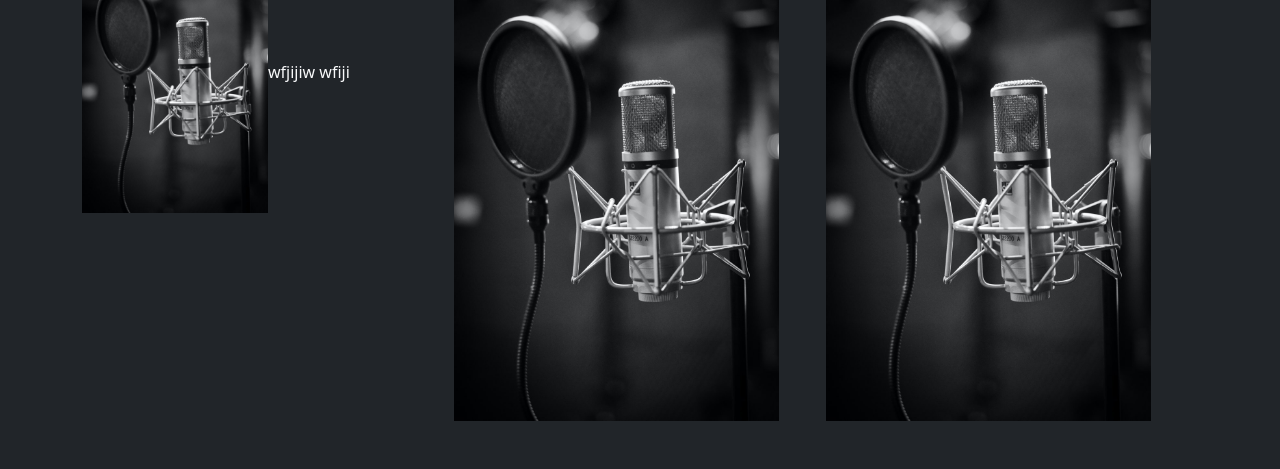
Repository: Eugene44-hub/music-workshop-site
Page: index.html
These files come from the project's save history. The page is drawn as it stood at one moment and after a run of saves; the edit follows.
The browser window is 1280 px wide. The pictures show the part of the page from y = 1393 to 1862 px (the page is 1862 px tall).
A picture or video elsewhere on the page could not be fetched, so the positions and the page height are approximate. Some web libraries are served in a nearby version.

Above is the page before, as saved 2021-10-24 14:59:17.

### index.html
<!DOCTYPE html>
<html lang="en">

<head>
    <meta charset="UTF-8">
    <meta http-equiv="X-UA-Compatible" content="IE=edge">
    <meta name="viewport" content="width=device-width, initial-scale=1.0">
    <title>Document</title>
    <link rel="stylesheet" href="style.css">
    <!-- CSS only -->
    <link href="https://cdn.jsdelivr.net/npm/bootstrap@5.1.3/dist/css/bootstrap.min.css" rel="stylesheet" integrity="sha384-1BmE4kWBq78iYhFldvKuhfTAU6auU8tT94WrHftjDbrCEXSU1oBoqyl2QvZ6jIW3" crossorigin="anonymous">
    <link rel="stylesheet" href="https://cdn.jsdelivr.net/npm/bootstrap-icons@1.6.1/font/bootstrap-icons.css">
</head>

<body class="bg-dark p-md-5 p-3">
    <!-- registeration starts  -->
    <section id="registration">
        <div class="container">
            <div class="d-lg-flex text-white bg-black align-items-center" id="regImg">
                <div id="regText" class="col-md text-center p-5">
                    <h2 id="musicheader" class="text-uppercase fs-2">
                        music workshop </h2>
                    <p class="text-danger"> free Workshop and classes</p>
                    <p class="text-secondary">Website services that aren't tailored to your users create missed oppurtunities. the structure and flow of your website should be logical and</p>
                    <div class="mt-5">
                        <button class="btn btn-danger mx-2">Register Now</button>
                        <button class="btn text-light mx-2"><i class="bi bi-caret-down-fill"></i> PLAY VIDEO</button>
                    </div>
                </div>
                <div class="col-md"> <img src="images/eminem.jpg" alt="" class="img-fluid"></div>

            </div>
        </div>
    </section>
    <!-- registeration ends  -->

    <!-- whats new starts -->
    <section class="text-light">
        <div class="container">
            <h2 id="new" class='text-center text-light fs-3 my-5'>What's new</h2>
            <div class="d-lg-flex row-sm  align-items-stretch">
                <div class="col-sm-6 col-lg m-auto">
                    <img src="images/microphone.jpg" class="img-fluid" alt="">
                </div>
                <div id="protextContain" class=" mx-sm-auto col-sm-6 col-lg py-5 py-lg-0 position-relative d-flex border-top border-danger ms-lg-3 mt-5 mt-lg-0">
                    <div id="proText" class="my-lg-auto ">
                        <h4 class="lead">
                            PRO SILENT <br> SYMPHONY
                        </h4>
                        <small>june 2021 By unik creative</small>
                        <p class="mt-5">site services that <br> aren't tailored</p>
                    </div>
                </div>
                <div class="col-sm-6 col-lg m-auto">
                    <img src="images/microphone.jpg" class="img-fluid" alt="">
                </div>
                <div id=protextContain class="mx-sm-auto col-sm-6 col-lg py-5 py-lg-0 position-relative d-flex border-top border-danger ms-lg-3 mt-5 mt-lg-0">
                    <div id="proText" class="my-lg-auto ">
                        <h4 class="lead">
                            PRO SILENT <br> SYMPHONY
                        </h4>
                        <small>june 2021 By unik creative</small>
                        <p class="mt-5">site services that <br> aren't tailored</p>
                    </div>

                </div>
                <div class="col-sm-6 col-lg m-auto">
                    <img src="images/microphone.jpg" class="img-fluid" alt="">
                </div>

                <div id=protextContain class="mx-sm-auto col-sm-6 col-lg py-5 py-lg-0 position-relative d-flex border-top border-danger ms-lg-3 mt-5 mt-lg-0">
                    <div id="proText" class="my-lg-auto ">
                        <h4 class="lead">
                            PRO SILENT <br> SYMPHONY
                        </h4>
                        <small>june 2021 By unik creative</small>
                        <p class="mt-5">site services that <br> aren't tailored</p>
                    </div>

                </div>
            </div>
        </div>

    </section>
    <!-- whats new ends -->

    <!-- newletter section starts -->
    <section class="text-light ">
        <div class="container">
            <div class="d-lg-flex">
                <div class="col-md bg-danger d-flex p-5 m-auto newsletter">
                    <div class="m-auto">
                        <h2>SUBSCRIBE TO OUR NEWS LETTER</h2>
                        <p>subscribe to our News Letter to get the latest news about our products</p>
                        <input type="text" class="form-control">
                    </div>

                </div>
                <div class="col-md d-flex  p-5 newsletter" id="eminemBack">
                    <div class="m-auto ">
                        <h1 class="text-danger text-center" style="font-size:80px">"</h1>
                        <p class="text-center lead ">Website services that aren't tailored to your users create missed opputunities. The structure and flow of your website should be logical and straightforward
                        </p>
                        <div class="d-flex  align-items-center justify-content-center">
                            <img src="http://randomuser.me/api/portraits/men/4.jpg" class="rounded-circle img-fluid mx-2 " alt="">
                            <div class='mx-2'>
                                <h4>Lung Li</h3>
                                    <small>Singer</small>
                            </div>

                        </div>

                    </div>
                </div>
            </div>
        </div>
    </section>
    <!-- newletter section ends -->

    <!-- items starts-->
    <section class="text-light">

        <div class="container">
            <div class="d-flex">

                <div class="col">
                    <h3>Featured Item</h3>
                    <div class="d-flex">
                        <div>
                            <p><img src="images/microphone.jpg" class="img-fluid w-50" alt="">wfjijiw wfiji
                            </p>
                        </div>

                    </div>

                </div>

                <div class="col">
                    <h3>Featured Item</h3>
                    <div class="d-flex">
                        <div><img src="images/microphone.jpg" class="img-fluid" alt=""></div>
                        <p>wfjijiw wfiji</p>
                    </div>
                </div>

                <div class="col">
                    <h3>Featured Item</h3>
                    <div class="d-flex">
                        <div><img src="images/microphone.jpg" class="img-fluid" alt=""></div>
                        <p>wfjijiw wfiji</p>
                    </div>
                </div>

            </div>
        </div>

    </section>
    <!-- items ends-->

</body>
<!-- JavaScript Bundle with Popper -->
<script src="https://cdn.jsdelivr.net/npm/bootstrap@5.1.3/dist/js/bootstrap.bundle.min.js " integrity="sha384-ka7Sk0Gln4gmtz2MlQnikT1wXgYsOg+OMhuP+IlRH9sENBO0LRn5q+8nbTov4+1p " crossorigin="anonymous "></script>

</html>

### style.css
#musicheader,
#new {
    letter-spacing: 6px
}

.newsletter {
    height: 500px;
}

#eminemBack {
    background-image: url('images/eminem.jpg');
    background-repeat: no-repeat;
    /* background-size: ; */
    background-position-y: center;
    background-position-x: center;
}

After the next 3 saves:
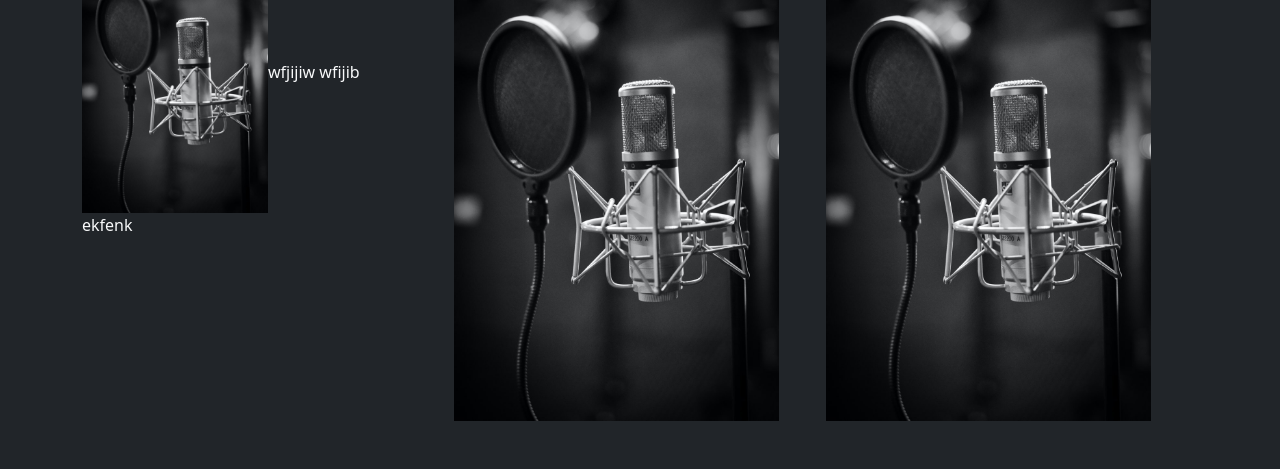
The 3 saves are shown as one change because they came seconds apart.
The last was saved 47 s later.
--- a/index.html
+++ b/index.html
@@ -127,7 +127,8 @@
                     <h3>Featured Item</h3>
                     <div class="d-flex">
                         <div>
-                            <p><img src="images/microphone.jpg" class="img-fluid w-50" alt="">wfjijiw wfiji
+                            <p><img src="images/microphone.jpg" class="img-fluid w-50" alt="">wfjijiw wfijib
+                                <br> ekfenk
                             </p>
                         </div>
 
